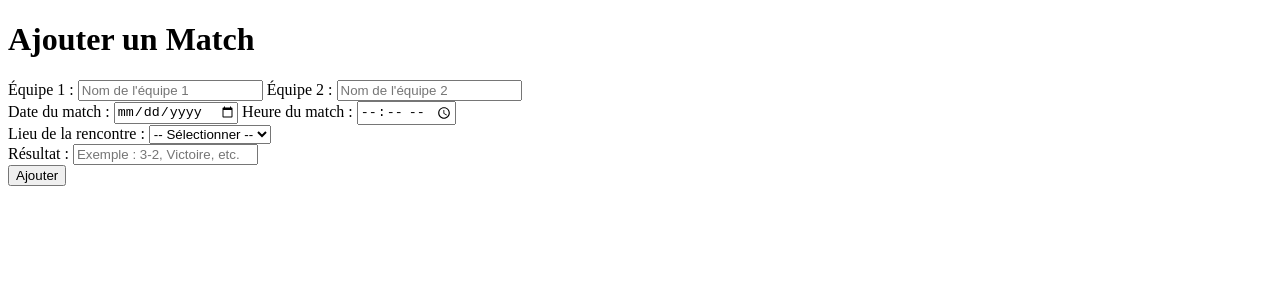
Repository: iisloomx/R401_MiniProjet
Page: http://localhost/views/matchs/ajouter.php
These files come from the project's save history. The page is drawn as it stood at one moment and after a run of saves; the edit follows.
The browser window is 1280 px wide. The pictures show the whole page.
The page is run by PHP 8.4 with error messages shown; the project is at /var/www/html/.

Above is the page before, as saved 2025-01-10 09:48:36.

After the next 3 saves:
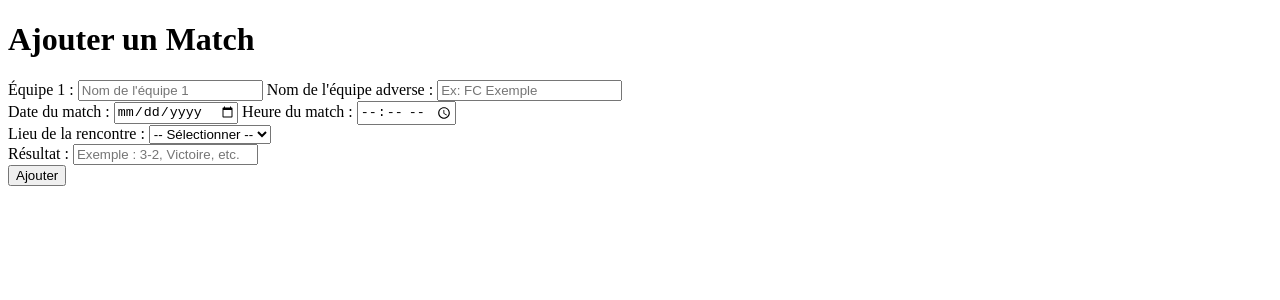
The 3 saves are shown as one change because they came seconds apart.
The last was saved 11 s later.
--- a/views/matchs/ajouter.php
+++ b/views/matchs/ajouter.php
@@ -26,14 +26,16 @@
                 placeholder="Nom de l'équipe 1"
             >
 
-            <label for="equipe2">Équipe 2 :</label>
+        <!-- Équipe adverse (optionnel) -->
+
+            <label for="nom_equipe_adverse">Nom de l'équipe adverse :</label>
             <input
                 type="text"
-                name="equipe2"
-                id="equipe2"
-                required
-                placeholder="Nom de l'équipe 2"
+                name="nom_equipe_adverse"
+                id="nom_equipe_adverse"
+                placeholder="Ex: FC Exemple"
             >
+
         </div>
 
         <!-- <div>
